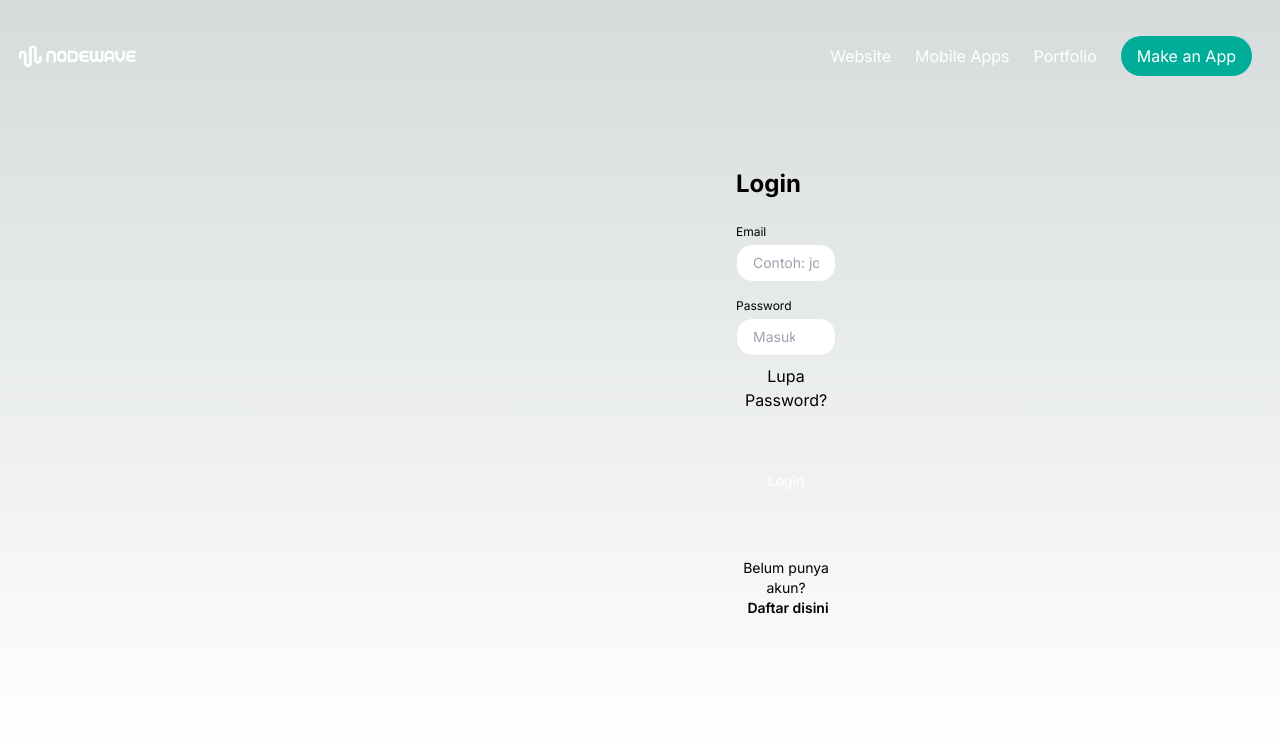
Repository: farrelmuhammad/nodewave
Page: /
The author's editor kept a copy of each file at every save. The page is drawn from the files as they stood at one save, then again after the next save.
The browser window is 1280 px wide. The pictures show the whole page.
The project was rebuilt for these pictures with package versions that can differ from the ones it lists, and the page was loaded fresh each time. The framework's server and built-in components were replaced by stand-ins that run in the browser. Also part of the build but not shown: next.config.js.

Above is the page before, as saved 2023-09-08 12:50:32.

After the next save:
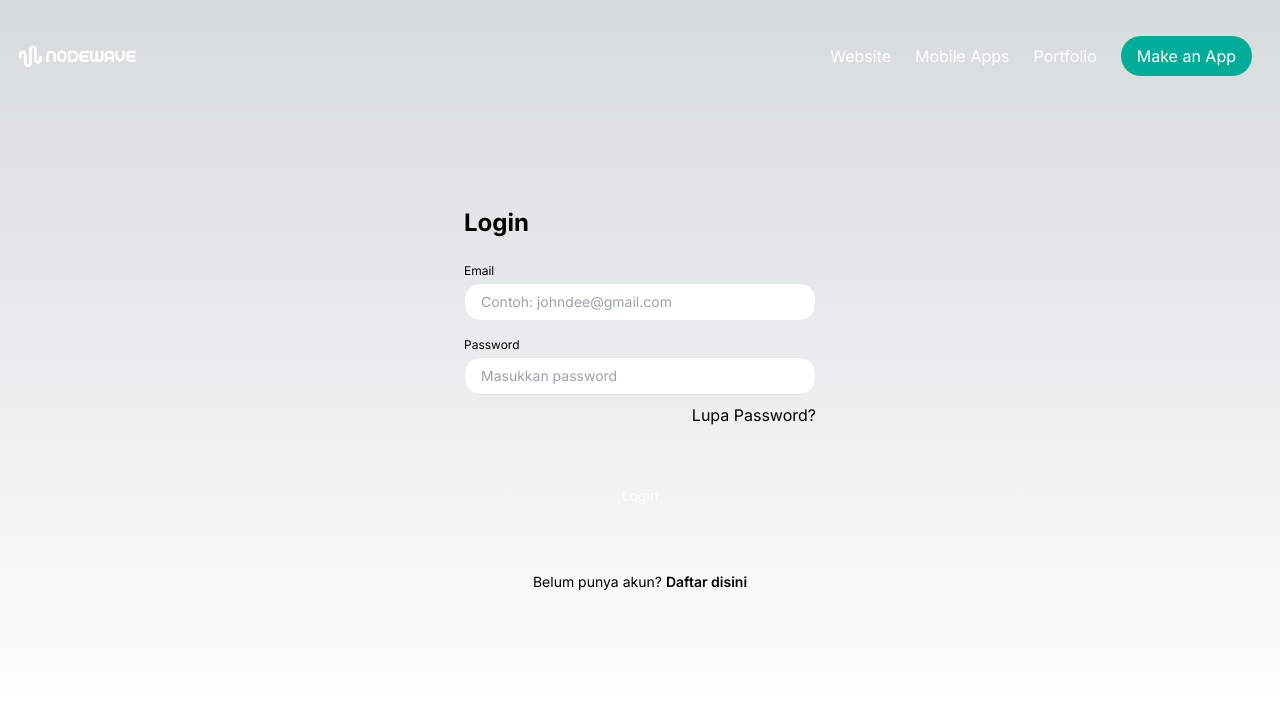
Saved 9 s later.
--- a/src/components/Hero.jsx
+++ b/src/components/Hero.jsx
@@ -3,36 +3,35 @@
 const Hero = () => {
   return (
     <main className="flex min-h-screen flex-col items-center justify-between p-24">
-      <div className="flex md:flex-none xl:justify-center lg:justify-center justify-center items-center flex-wrap h-full">
-        <div className="hidden lg:block lg:w-1/2 items-center">
-          {/* <img className="w-full h-screen m-0" src={pic} alt="SECONDHAND" /> */}
-        </div>
-        <div className="lg:w-1/2 w-full px-4 md:px-0 items-center my-8">
-          <div className="lg:px-12 md:mx-12">
-            <p className="text-2xl font-bold mb-6 mt-10">Login</p>
-            {/* <form onSubmit={handleSubmit} className="flex flex-col gap-4"> */}
-            <form className="flex flex-col gap-4">
-              <div className="flex flex-col gap-1">
-                <p className="text-xs">Email</p>
+      <div className="hidden lg:block lg:w-1/2 items-center">
+        {/* <img className="w-full h-screen m-0" src={pic} alt="SECONDHAND" /> */}
+      </div>
+      <div className="lg:w-1/2 w-full px-4 md:px-0 items-center my-8">
+        <div className="lg:px-12 md:mx-12">
+          <p className="text-2xl font-bold mb-6 mt-10">Login</p>
+          {/* <form onSubmit={handleSubmit} className="flex flex-col gap-4"> */}
+          <form className="flex flex-col gap-4">
+            <div className="flex flex-col gap-1">
+              <p className="text-xs">Email</p>
+              <input
+                //   onChange={(e) => setEmail(e.target.value)}
+                type="text"
+                id="emailInput"
+                className="form control w-full bg-white px-4 py-2 text-sm text-neutral-3 rounded-2xl border border-neutral-2 focus:text-neutral-4 focus:outline-purple-2"
+                placeholder="Contoh: johndee@gmail.com"
+              />
+            </div>
+            <div className="flex flex-col gap-1">
+              <p className="text-xs">Password</p>
+              <div className="relative">
                 <input
-                  //   onChange={(e) => setEmail(e.target.value)}
-                  type="text"
-                  id="emailInput"
-                  className="form control w-full bg-white px-4 py-2 text-sm text-neutral-3 rounded-2xl border border-neutral-2 focus:text-neutral-4 focus:outline-purple-2"
-                  placeholder="Contoh: johndee@gmail.com"
+                  // onChange={(e) => setPassword(e.target.value)}
+                  // type={showPassword ? "text" : "password"}
+                  id="passwordInput"
+                  className="form control w-full bg-white pl-4 pr-10 py-2 text-sm text-neutral-3 rounded-2xl border border-neutral-2 focus:text-neutral-4 focus:outline-purple-2 active:bg-white"
+                  placeholder="Masukkan password"
                 />
-              </div>
-              <div className="flex flex-col gap-1">
-                <p className="text-xs">Password</p>
-                <div className="relative">
-                  <input
-                    // onChange={(e) => setPassword(e.target.value)}
-                    // type={showPassword ? "text" : "password"}
-                    id="passwordInput"
-                    className="form control w-full bg-white pl-4 pr-10 py-2 text-sm text-neutral-3 rounded-2xl border border-neutral-2 focus:text-neutral-4 focus:outline-purple-2 active:bg-white"
-                    placeholder="Masukkan password"
-                  />
-                  {/* <FiEye
+                {/* <FiEye
                     onClick={() => setShowPassword(true)}
                     className={`${
                       showPassword ? "hidden" : ""
@@ -44,34 +43,33 @@
                       showPassword ? "" : "hidden"
                     } absolute right-3 top-2.5 text-neutral-3`}
                   /> */}
-                  <button
-                    type="button"
-                    className="float-right text-purple-4 hover:text-purple-5 font-base py-2 mb-4 focus:outline-none"
-                  >
-                    Lupa Password?
-                  </button>
-                </div>
-              </div>
-
-              <div className="text-center pt-2 mb-6">
                 <button
-                  className="flex justify-center items-center bg-purple-4 px-6 py-3 text-white font-normal text-sm leading-tight rounded-[16px]
-                focus:shadow-lg focus:outline-none active:shadow-lg w-full mb-4 disabled:opacity-70 focus:ring-2 focus:ring-offset-2 focus:ring-purple-4"
-                  type="submit"
+                  type="button"
+                  className="float-right text-purple-4 hover:text-purple-5 font-base py-2 mb-4 focus:outline-none"
                 >
-                  Login
+                  Lupa Password?
                 </button>
               </div>
-              <div className="text-center text-sm">
-                <p>
-                  Belum punya akun?
-                  <button className="text-purple-4 hover:text-purple-3 font-semibold pl-1">
-                    Daftar disini
-                  </button>
-                </p>
-              </div>
-            </form>
-          </div>
+            </div>
+
+            <div className="text-center pt-2 mb-6">
+              <button
+                className="flex justify-center items-center bg-purple-4 px-6 py-3 text-white font-normal text-sm leading-tight rounded-[16px]
+                focus:shadow-lg focus:outline-none active:shadow-lg w-full mb-4 disabled:opacity-70 focus:ring-2 focus:ring-offset-2 focus:ring-purple-4"
+                type="submit"
+              >
+                Login
+              </button>
+            </div>
+            <div className="text-center text-sm">
+              <p>
+                Belum punya akun?
+                <button className="text-purple-4 hover:text-purple-3 font-semibold pl-1">
+                  Daftar disini
+                </button>
+              </p>
+            </div>
+          </form>
         </div>
       </div>
     </main>
